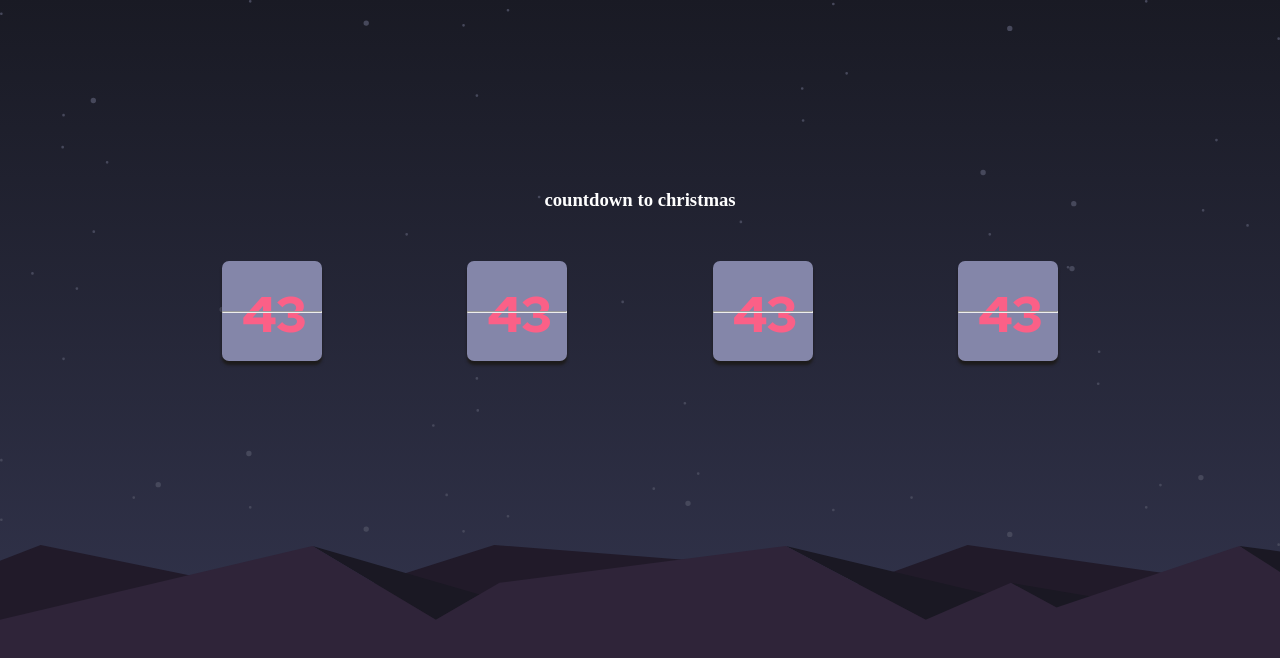
Repository: Eugene44-hub/countdown
Page: index.html
These files come from the project's save history. The page is drawn as it stood at one moment and after the next save; the edit follows.
The browser window is 1280 px wide. The pictures show the whole page.

Above is the page before, as saved 2021-09-12 03:22:01.

After the next save:
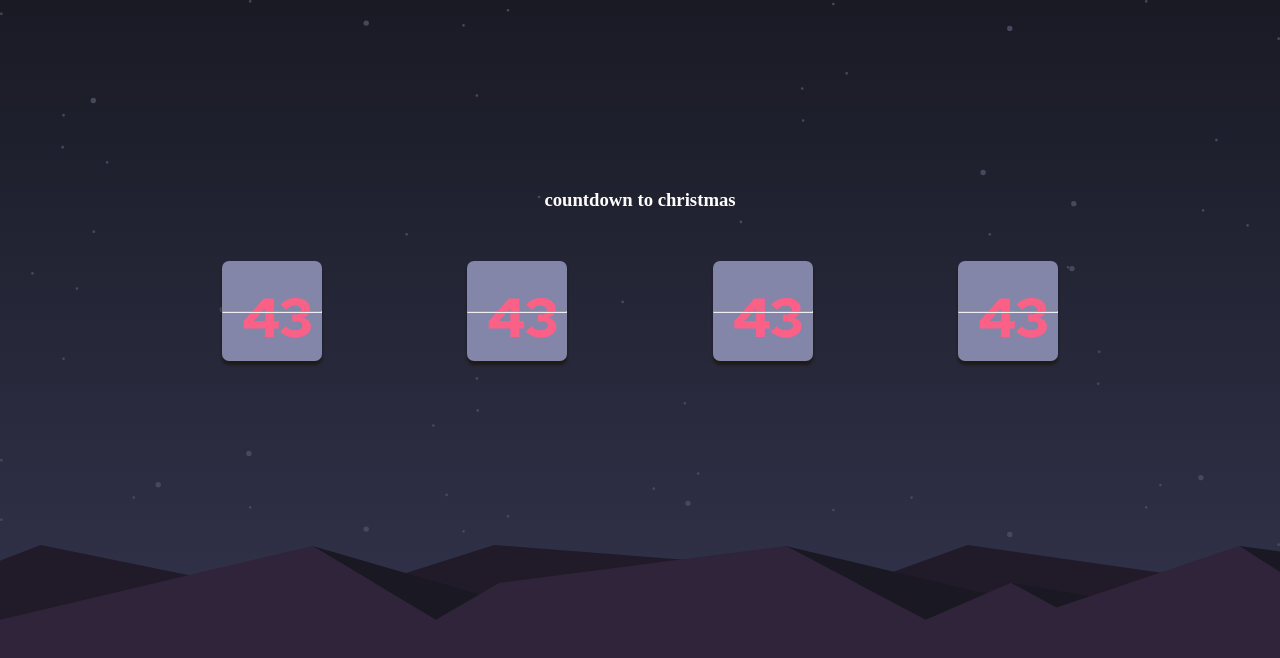
Saved 6 s later.
--- a/style.css
+++ b/style.css
@@ -56,7 +56,7 @@ h3 {
 
 p {
     margin: auto;
-    font-size: 50px;
+    font-size: 55px;
     font-family: 'Red Hat Text';
     color: hsl(345, 95%, 68%);
 }

After the 2 saves that followed:
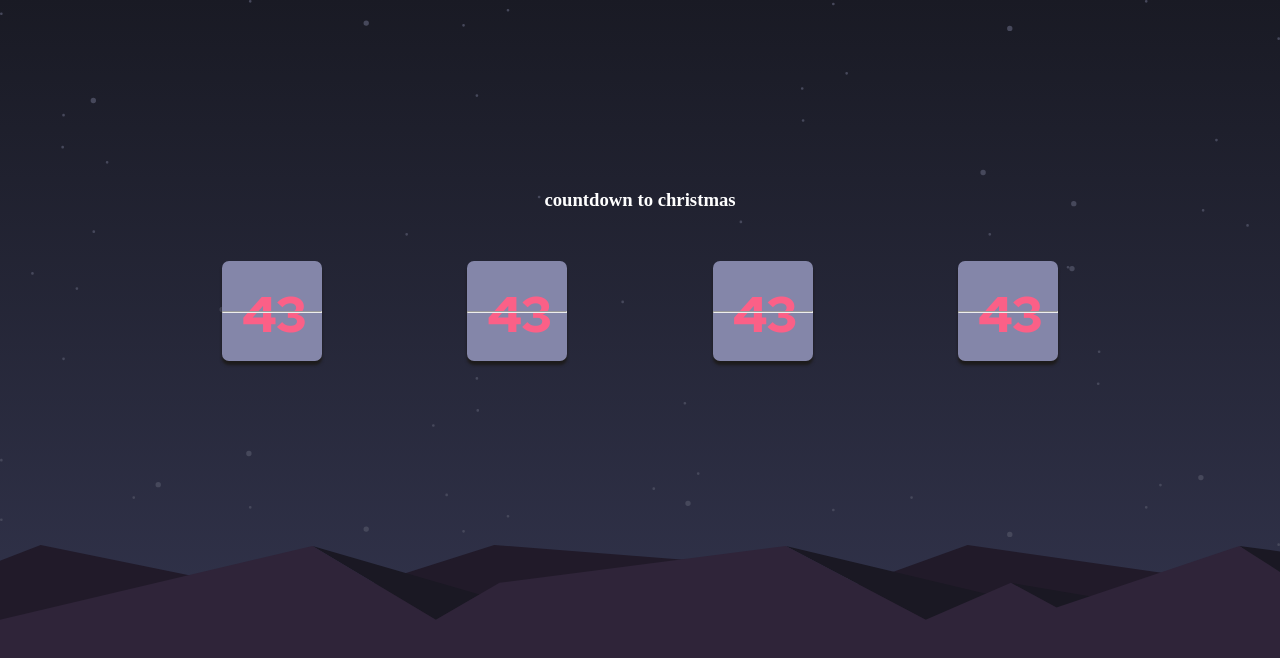
The 2 saves are shown as one change because they came seconds apart.
The last was saved 5 s later.
--- a/style.css
+++ b/style.css
@@ -56,7 +56,7 @@ h3 {
 
 p {
     margin: auto;
-    font-size: 55px;
+    font-size: 50px;
     font-family: 'Red Hat Text';
     color: hsl(345, 95%, 68%);
 }
